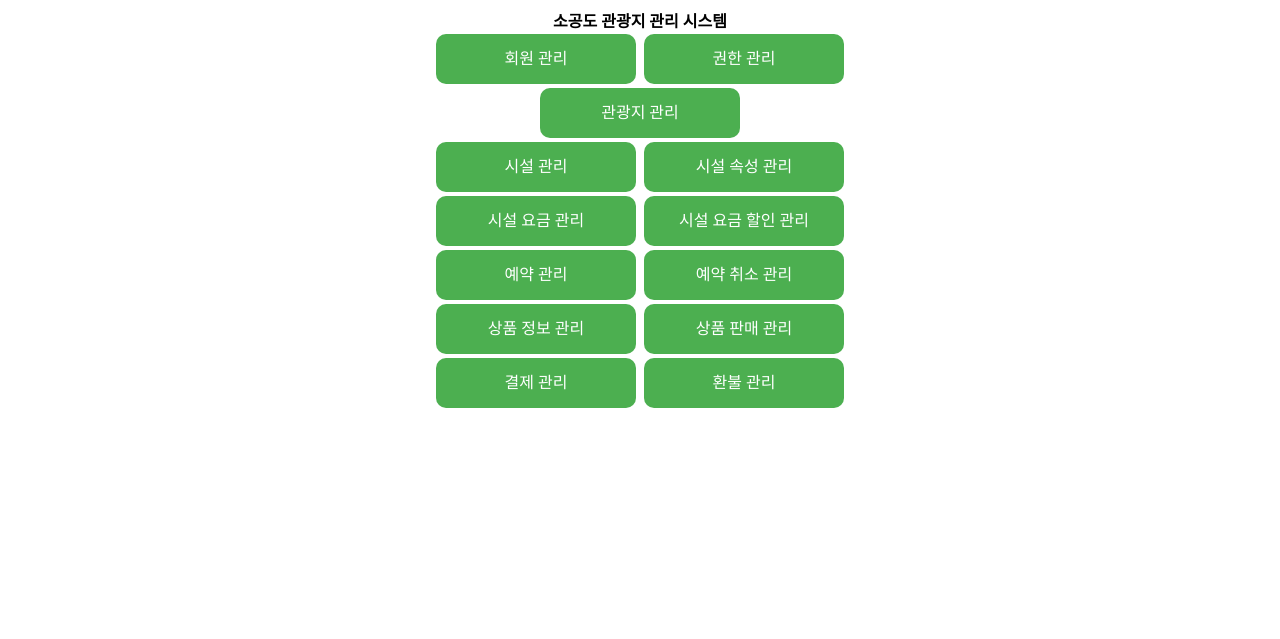
Repository: psyoongsc/SogongDo_Facility
Page: http://localhost/SogongDo_Management_System/
The author's editor kept a copy of each file at every save. The page is drawn from the files as they stood at one save, then again after the next save.
The browser window is 1280 px wide. The pictures show the whole page.
The page is served by Tomcat 9. Nobody is signed in. The application's start-up code is not run.

Above is the page before, as saved 2020-06-25 14:46:43.

After the next save:
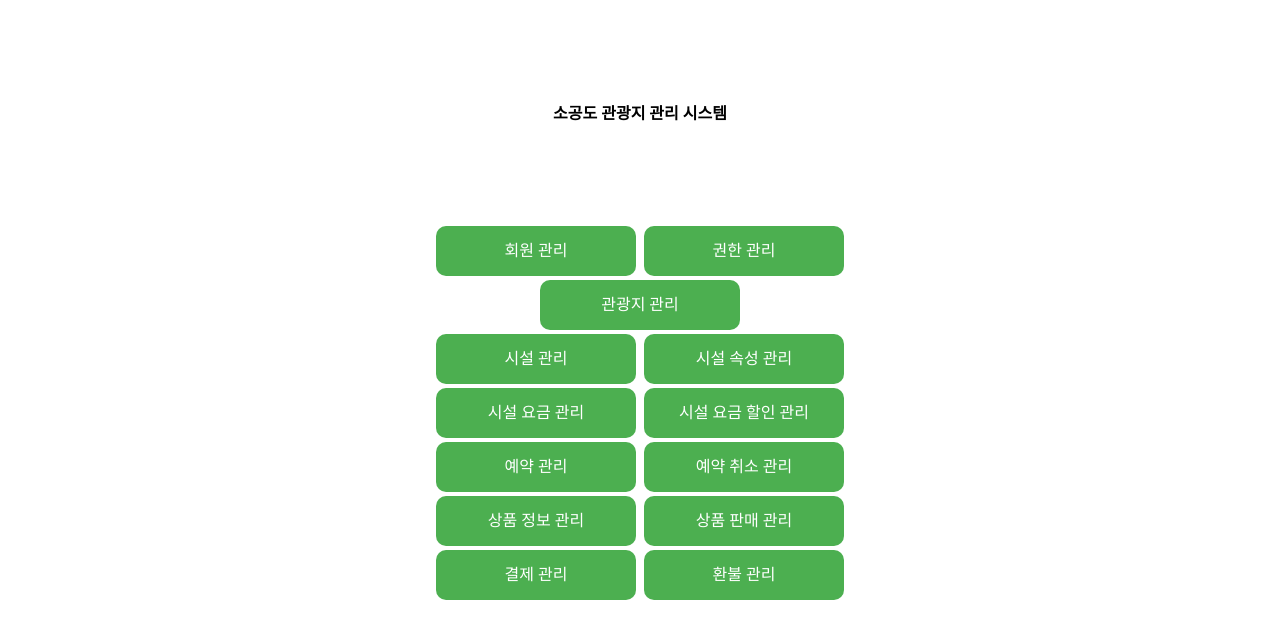
Saved 46 s later.
--- a/SogongDo_Management_System/WebContent/index.jsp
+++ b/SogongDo_Management_System/WebContent/index.jsp
@@ -31,6 +31,7 @@ a:visited {
 
 .title {
 	font-weight: bold;
+	margin: 100px 0px;
 }
 </style>
 </head>
